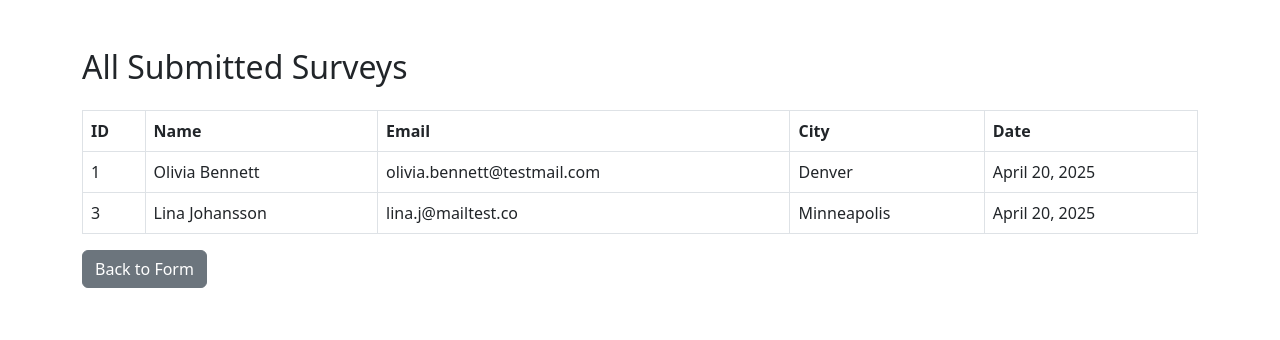
Repository: krisnguyenn2020/SWE645-Extra-Credit
Page: http://localhost/survey/list/
The author's editor kept a copy of each file at every save. The page is drawn from the files as they stood at one save, then again after the next save.
The browser window is 1280 px wide. The pictures show the whole page.
The page is served by the project's application, run on Django 5.2 (manage.py). Other server files are loaded and not shown. The page reads the database file committed with the project.

Above is the page before, as saved 2025-04-20 22:33:48.

### survey_app/templates/survey_app/survey_list.html
<!DOCTYPE html>
<html lang="en">
<head>
    <meta charset="UTF-8">
    <title>All Surveys</title>
    <link href="https://cdn.jsdelivr.net/npm/bootstrap@5.3.0/dist/css/bootstrap.min.css" rel="stylesheet">
</head>
<body class="container mt-5">
    <h2 class="mb-4">All Submitted Surveys</h2>
    <table class="table table-bordered">
        <thead>
            <tr>
                <th>ID</th>
                <th>Name</th>
                <th>Email</th>
                <th>City</th>
                <th>Date</th>
            </tr>
        </thead>
        <tbody>
            {% for s in surveys %}
            <tr>
                <td>{{ s.id }}</td>
                <td>{{ s.first_name }} {{ s.last_name }}</td>
                <td>{{ s.email }}</td>
                <td>{{ s.city }}</td>
                <td>{{ s.date_of_survey }}</td>
            </tr>
            {% endfor %}
        </tbody>
    </table>
    <a href="{% url 'submit_form' %}" class="btn btn-secondary">Back to Form</a>
</body>
</html>

### survey_app/models.py
from django.db import models

# Create your models here.
from django.db import models

class Survey(models.Model):
    first_name = models.CharField(max_length=50)
    last_name = models.CharField(max_length=50)
    email = models.EmailField()
    street_address = models.CharField(max_length=100, blank=True)
    city = models.CharField(max_length=50, blank=True)
    state = models.CharField(max_length=50, blank=True)
    zip = models.CharField(max_length=10, blank=True)
    telephone_number = models.CharField(max_length=15, blank=True)
    liked_most = models.CharField(max_length=100, blank=True)
    interest_source = models.CharField(max_length=100, blank=True)
    recommendation = models.CharField(max_length=100, blank=True)
    date_of_survey = models.DateField(auto_now_add=True)

    def __str__(self):
        return f"{self.first_name} {self.last_name}"

### survey_app/views.py
from django.contrib import messages
from django.shortcuts import redirect, render
from django.http import JsonResponse
from django.views.decorators.csrf import csrf_exempt
from .models import Survey
from django.forms.models import model_to_dict
import json

@csrf_exempt
def save_survey(request):
    if request.method == 'POST':
        data = json.loads(request.body)
        survey = Survey.objects.create(**data)
        return JsonResponse({'message': 'Survey saved', 'id': survey.id})

@csrf_exempt
def get_all_surveys(request):
    if request.method == 'GET':
        surveys = list(Survey.objects.values())
        return JsonResponse(surveys, safe=False)

@csrf_exempt
def get_survey_by_id(request, id):
    try:
        survey = Survey.objects.get(id=id)
        return JsonResponse(model_to_dict(survey))
    except Survey.DoesNotExist:
        return JsonResponse({'error': 'Survey not found'}, status=404)

@csrf_exempt
def delete_survey_by_id(request, id):
    try:
        survey = Survey.objects.get(id=id)
        survey.delete()
        return JsonResponse({'message': 'Survey deleted'})
    except Survey.DoesNotExist:
        return JsonResponse({'error': 'Survey not found'}, status=404)

@csrf_exempt
def update_survey_by_id(request, id):
    if request.method == 'PUT':
        try:
            data = json.loads(request.body)
            survey = Survey.objects.get(id=id)

            for key, value in data.items():
                setattr(survey, key, value)

            survey.save()
            return JsonResponse({'message': 'Survey updated', 'survey': model_to_dict(survey)})

        except Survey.DoesNotExist:
            return JsonResponse({'error': 'Survey not found'}, status=404)
        except Exception as e:
            return JsonResponse({'error': str(e)}, status=400)

# Create your views here.from django.shortcuts import render, redirect
from .models import Survey

def submit_form(request):
    if request.method == 'POST':
        email = request.POST.get('email')
        if Survey.objects.filter(email=email).exists():
            messages.error(request, "Survey already submitted with this email.")
            return redirect('submit_form')  # Or wherever you want to redirect
        # Save the new survey
        Survey.objects.create(
            first_name=request.POST.get('first_name'),
            last_name=request.POST.get('last_name'),
            street_address=request.POST.get('street_address'),
            city=request.POST.get('city'),
            state=request.POST.get('state'),
            zip=request.POST.get('zip'),
            telephone_number=request.POST.get('telephone_number'),
            email=email,
        )
        messages.success(request, "Survey submitted successfully!")
        return redirect('survey_list')
    return render(request, 'survey_app/survey_form.html')


def survey_list(request):
    surveys = Survey.objects.all().order_by('-date_of_survey')
    return render(request, 'survey_app/survey_list.html', {'surveys': surveys})

### student_survey/urls.py
"""
URL configuration for student_survey project.

The `urlpatterns` list routes URLs to views. For more information please see:
    https://docs.djangoproject.com/en/5.2/topics/http/urls/
Examples:
Function views
    1. Add an import:  from my_app import views
    2. Add a URL to urlpatterns:  path('', views.home, name='home')
Class-based views
    1. Add an import:  from other_app.views import Home
    2. Add a URL to urlpatterns:  path('', Home.as_view(), name='home')
Including another URLconf
    1. Import the include() function: from django.urls import include, path
    2. Add a URL to urlpatterns:  path('blog/', include('blog.urls'))
"""
from django.contrib import admin
from django.urls import path, include


urlpatterns = [
    path('admin/', admin.site.urls),
    path('survey/', include('survey_app.urls')),  # ✅ this line is correct
]

### survey_app/urls.py
from django.urls import path
from . import views

urlpatterns = [
    path('form/', views.submit_form, name='submit_form'),
    path('list/', views.survey_list, name='survey_list'),

    path('save/', views.save_survey, name='save_survey'),
    path('all/', views.get_all_surveys, name='get_all_surveys'),
    path('<int:id>/', views.get_survey_by_id, name='get_survey_by_id'),
    path('<int:id>/delete/', views.delete_survey_by_id, name='delete_survey'),
    path('<int:id>/update/', views.update_survey_by_id, name='update_survey'),
]

### db.sqlite3 (the tables this page reads, as SQL)
CREATE TABLE "survey_app_survey" ("id" integer NOT NULL PRIMARY KEY AUTOINCREMENT, "first_name" varchar(50) NOT NULL, "last_name" varchar(50) NOT NULL, "email" varchar(254) NOT NULL, "street_address" varchar(100) NOT NULL, "city" varchar(50) NOT NULL, "state" varchar(50) NOT NULL, "zip" varchar(10) NOT NULL, "telephone_number" varchar(15) NOT NULL, "liked_most" varchar(100) NOT NULL, "interest_source" varchar(100) NOT NULL, "recommendation" varchar(100) NOT NULL, "date_of_survey" date NOT NULL);
INSERT INTO "survey_app_survey" VALUES
(1, 'Olivia', 'Bennett', 'olivia.bennett@testmail.com', '304 Pinecone Drive', 'Denver', 'CO', '80203', '303-555-1047', 'Atmosphere', 'Social Media', 'Noooo', '2025-04-20'),
(3, 'Lina', 'Johansson', 'lina.j@mailtest.co', '88 Northern Lights Dr', 'Minneapolis ', 'MN', '55401', '612-555-3033', '', '', '', '2025-04-20');

After the next save:
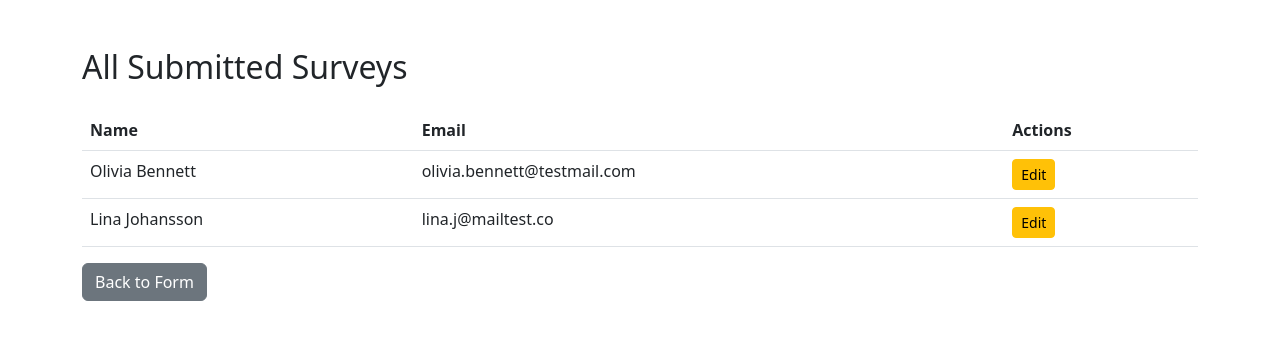
Saved 3 min 48 s later.
--- a/survey_app/templates/survey_app/survey_list.html
+++ b/survey_app/templates/survey_app/survey_list.html
@@ -7,28 +7,27 @@
 </head>
 <body class="container mt-5">
     <h2 class="mb-4">All Submitted Surveys</h2>
-    <table class="table table-bordered">
+    <table class="table">
         <thead>
-            <tr>
-                <th>ID</th>
-                <th>Name</th>
-                <th>Email</th>
-                <th>City</th>
-                <th>Date</th>
-            </tr>
+          <tr>
+            <th>Name</th>
+            <th>Email</th>
+            <th>Actions</th>
+          </tr>
         </thead>
         <tbody>
-            {% for s in surveys %}
-            <tr>
-                <td>{{ s.id }}</td>
-                <td>{{ s.first_name }} {{ s.last_name }}</td>
-                <td>{{ s.email }}</td>
-                <td>{{ s.city }}</td>
-                <td>{{ s.date_of_survey }}</td>
-            </tr>
-            {% endfor %}
+          {% for survey in surveys %}
+          <tr>
+            <td>{{ survey.first_name }} {{ survey.last_name }}</td>
+            <td>{{ survey.email }}</td>
+            <td>
+              <a href="{% url 'update_survey' survey.id %}" class="btn btn-warning btn-sm">Edit</a>
+            </td>
+          </tr>
+          {% endfor %}
         </tbody>
-    </table>
+      </table>
+
     <a href="{% url 'submit_form' %}" class="btn btn-secondary">Back to Form</a>
 </body>
 </html>
